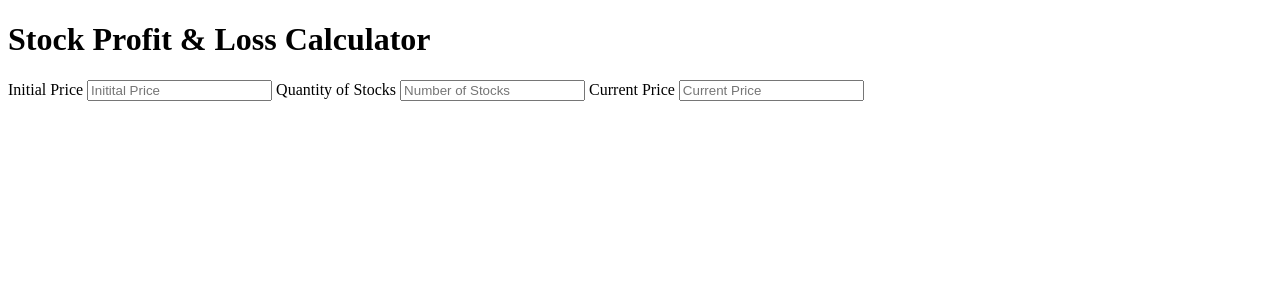
Repository: patelamancode/Stock-P-L-Calculator
Page: index.html
The author's editor kept a copy of each file at every save. The page is drawn from the files as they stood at one save, then again after the next save.
The browser window is 1280 px wide. The pictures show the whole page.

Above is the page before, as saved 2022-11-23 17:58:21.

After the next save:
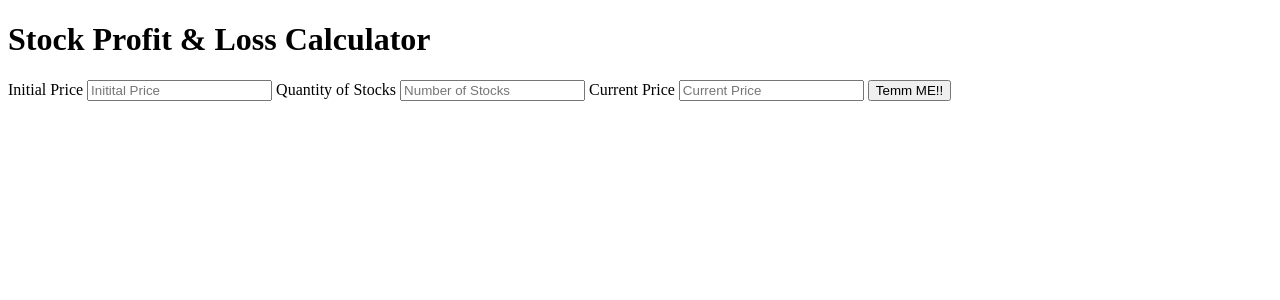
Saved 41 s later.
--- a/index.html
+++ b/index.html
@@ -15,6 +15,7 @@
         <input type="text" class="stocks-count" placeholder="Number of Stocks">
         <label for="current Price">Current Price</label>
         <input type="text" placeholder="Current Price" >
+        <button>Temm ME!!</button>
     </div>
 </body>
 </html>
